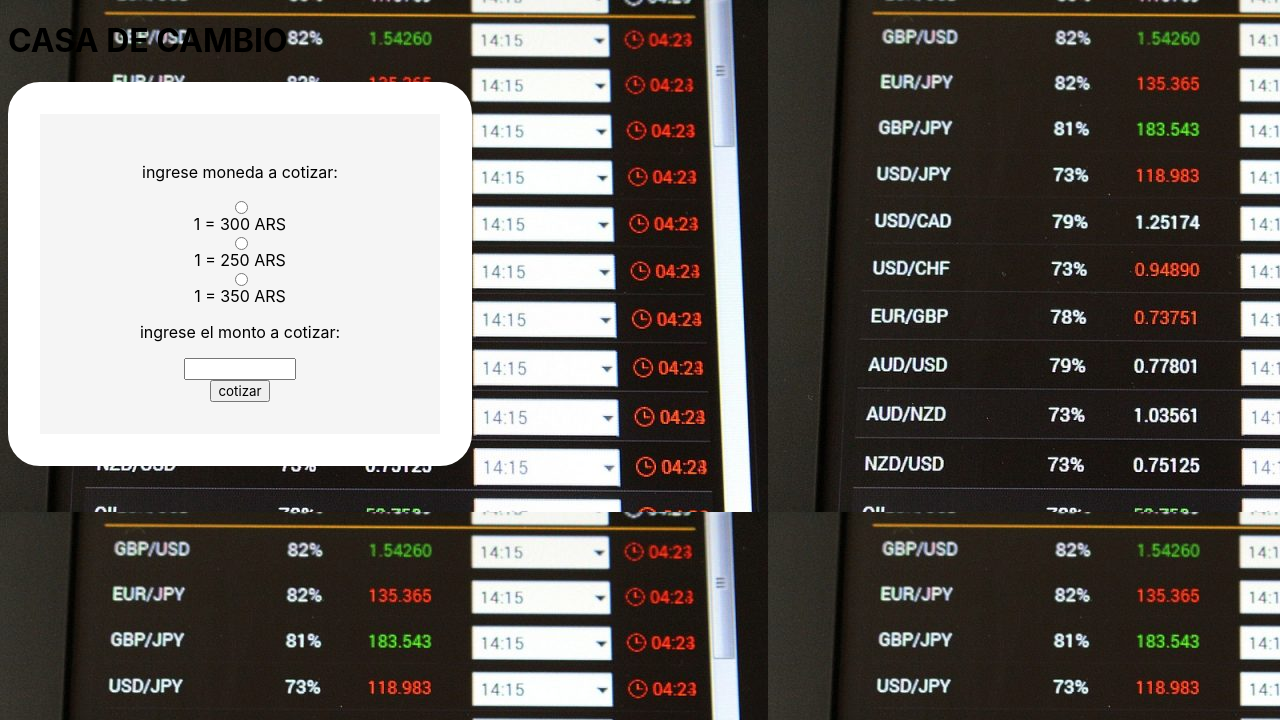
Repository: AgusL01/Bootstrap-Agustin-lago-
Page: Desktop/clases coder/proyecto-final-agustin-lago-main/index.html
These files come from the project's save history. The page is drawn as it stood at one moment and after the next save; the edit follows.
The browser window is 1280 px wide. The pictures show the whole page.

Above is the page before, as saved 2022-08-25 15:24:36.

### Desktop/clases coder/proyecto-final-agustin-lago-main/index.html
<!DOCTYPE html>
<html lang="es">
<head>
    <meta charset="UTF-8">
    <meta http-equiv="X-UA-Compatible" content="IE=edge">
    <meta name="viewport" content="width=+, initial-scale=1.0">
    <title>Casa de cambio</title>
    <link rel="stylesheet" href="./css/estilo.css">
</head>
<body>
    <h1>CASA DE CAMBIO</h1>
    <form class="formulario">
            <p>ingrese moneda a cotizar:</p>
            <input type="radio" name="dolar" id="uno">1 = 300 ARS
            <input type="radio" name="euro" id="dos">1 = 250 ARS
            <input type="radio" name="libra" id="tres">1 = 350 ARS
            <p>ingrese el monto a cotizar:</p>
            <input type="number" id="montoCotizar" min="1"m max="100000">
        <input type="button" id="montoCotizado" value="cotizar" onclick=" ">
    </form>
    <script src="./js/main.js"></script>
</body>
</html>

### Desktop/clases coder/proyecto-final-agustin-lago-main/css/estilo.css
*{
    font-family: 'Inter', sans-serif;
}
body{
    background-image: url(/imagenes/courses-643727_960_720-768x512.jpg);
    height: 100%;
}
.dolar, .euro, .libra{
display: inline-block;
}
.formulario{
    justify-content: center;
    display: flex;
    flex-direction:column;
    align-items: center;
    text-align: center;
    background-color: #f5f5f5;
    border: 2rem, solid ,white;
    border-radius: 2rem;
    width: 25rem;
    height: 20rem;
}



.cotizar{
    width: 7rem;
    height: 2rem;
    margin-top: 4rem;
}
.titleMain {
    text-align: center;
    font-size: 3rem;
    margin-top: 4rem;
}

### Desktop/clases coder/proyecto-final-agustin-lago-main/js/main.js
/*se declaran la funcion a realizar*/
function conversor(){
    let valor = parseInt(document.getElemenById('montoCotizar').value);
    let montoCambiar = montoCotizar;
    /*declaramos el valor de las monedas*/
    let dolar = 300;
    let euro = 250;
    let libra = 350;
    /*prosegimos a hacer la matematica corespondiente*/
    if (document.getElementById(uno)){
    let montoCambiado= montoCambiar / dolar
    }
}

After the next save:
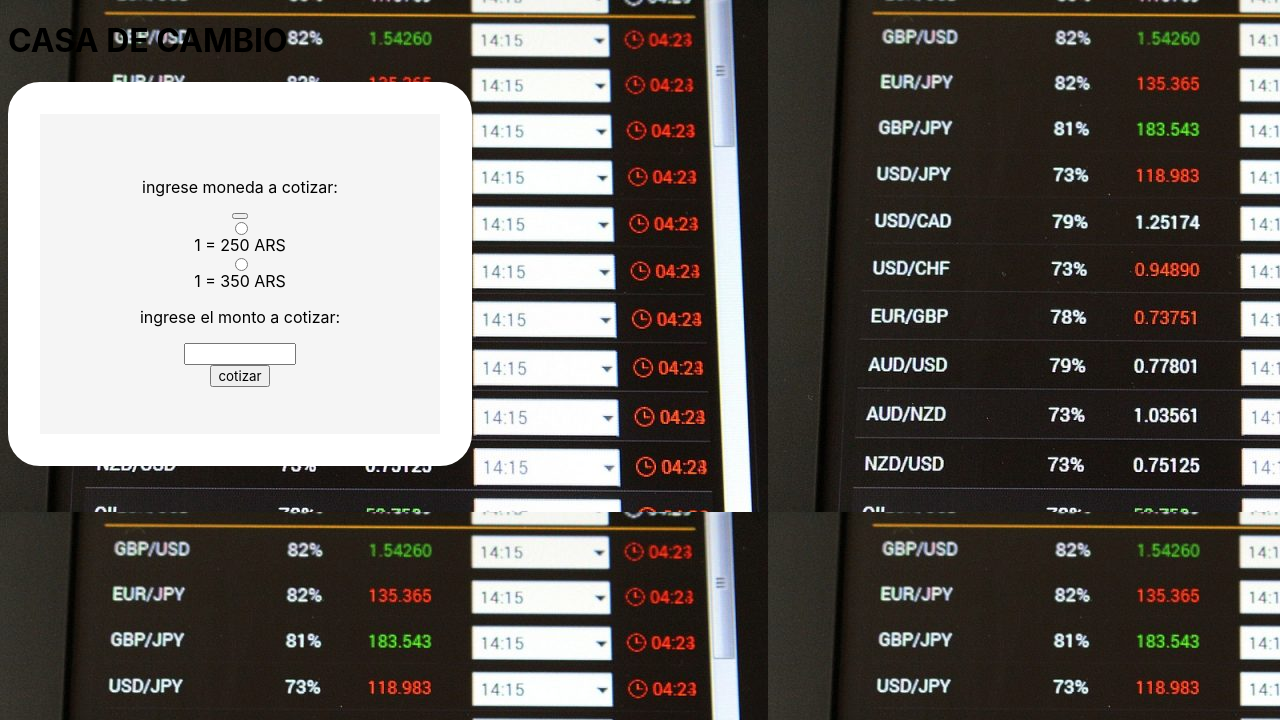
Saved 5 min 35 s later.
--- a/Desktop/clases coder/proyecto-final-agustin-lago-main/index.html
+++ b/Desktop/clases coder/proyecto-final-agustin-lago-main/index.html
@@ -11,7 +11,7 @@
     <h1>CASA DE CAMBIO</h1>
     <form class="formulario">
             <p>ingrese moneda a cotizar:</p>
-            <input type="radio" name="dolar" id="uno">1 = 300 ARS
+            <button type="radio" name="dolar" id="uno" ></button>
             <input type="radio" name="euro" id="dos">1 = 250 ARS
             <input type="radio" name="libra" id="tres">1 = 350 ARS
             <p>ingrese el monto a cotizar:</p>

After the save that followed:
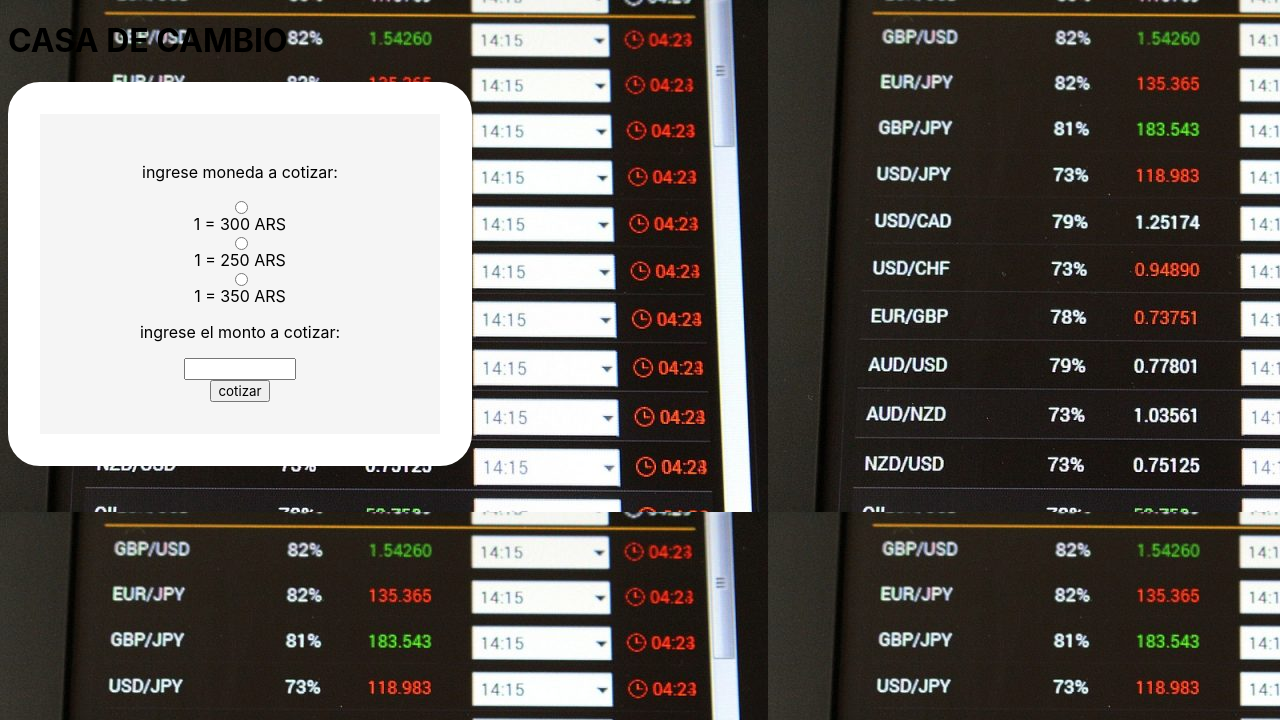
Saved 82 s later.
--- a/Desktop/clases coder/proyecto-final-agustin-lago-main/index.html
+++ b/Desktop/clases coder/proyecto-final-agustin-lago-main/index.html
@@ -11,7 +11,7 @@
     <h1>CASA DE CAMBIO</h1>
     <form class="formulario">
             <p>ingrese moneda a cotizar:</p>
-            <button type="radio" name="dolar" id="uno" ></button>
+            <input type='radio' name="dolar" id="uno"> 1 = 300 ARS
             <input type="radio" name="euro" id="dos">1 = 250 ARS
             <input type="radio" name="libra" id="tres">1 = 350 ARS
             <p>ingrese el monto a cotizar:</p>
